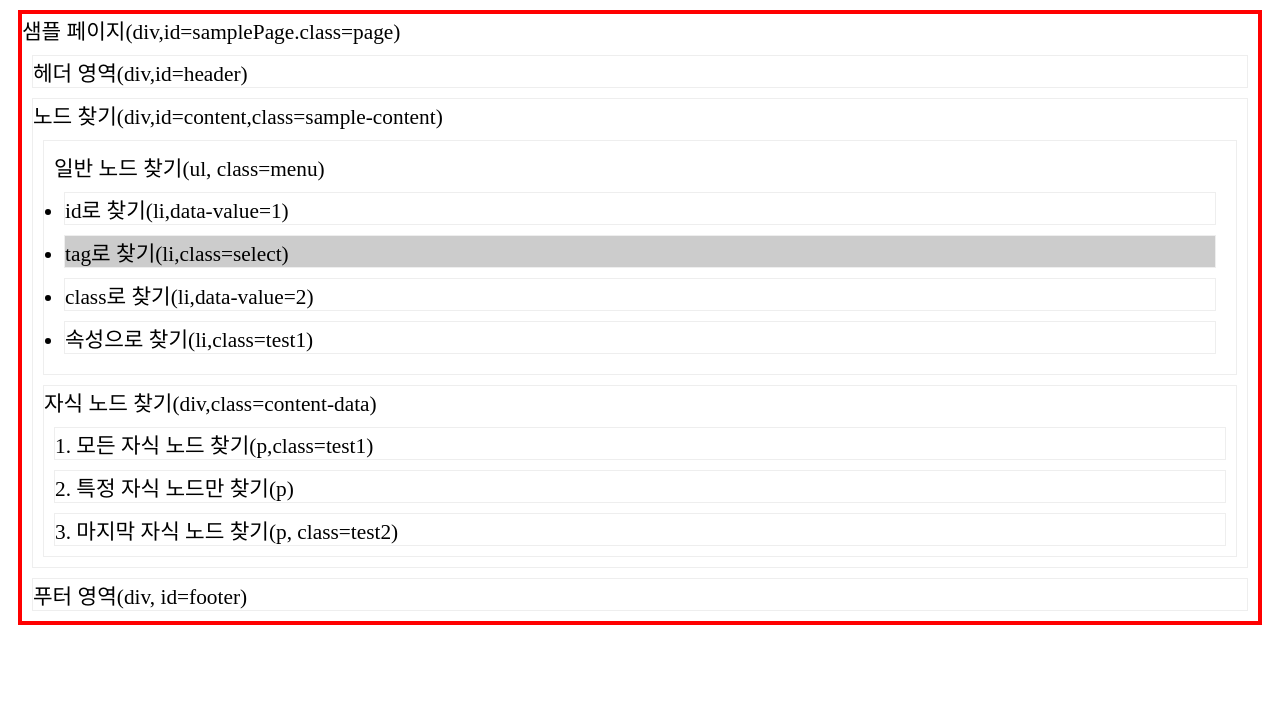
Repository: swc0516s/EZEN-JS
Page: JavaScript Workspace Lecture/JavaScript_jQuery_03/WebContent/Chapter03/3_08.html
An editor plug-in stored every save of this project. The page is shown before and after the next save, followed by the edit.
The browser window is 1280 px wide. The pictures show the whole page.

Above is the page before, as saved 2022-03-18 01:42:50.

### JavaScript Workspace Lecture/JavaScript_jQuery_03/WebContent/Chapter03/3_08.html
<!DOCTYPE html>
<html>
<head>
<meta charset="UTF-8">
<title>Insert title here</title>
<style type="text/css">
body {
	font-size: 16pt;
	font-family: "굴림";
}

div, p, ul, li {
	border: 1px #eeeeee solid;
	margin: 10px;
}

ul {
	padding: 10px;
}

li.select {
	background-color: #ccc;
}
</style>
<script type="text/javascript" src="../libs/jquery-3.6.0.min.js"></script>
<script type="text/javascript">
	// ul.menu의 노드의 조상 노드 중 page클래스가 적용된 노드를 찾아 border 속성을 "border", "4px solid #f00"
	$(document).ready(function() {
		var menu = $("ul.menu");
		menu.parents(".page").css("border", "4px solid #f00");
	});
</script>
</head>
<body>
	<div id="samplePage" class="page">
		샘플 페이지(div,id=samplePage.class=page)
		<div id="header">헤더 영역(div,id=header)</div>
		<div id="content" class="sample-content">
			노드 찾기(div,id=content,class=sample-content)
			<ul class="menu">
				일반 노드 찾기(ul, class=menu)
				<li data-value="1">id로 찾기(li,data-value=1)</li>
				<li class="select">tag로 찾기(li,class=select)</li>
				<li data-value="2">class로 찾기(li,data-value=2)</li>
				<li class="test1">속성으로 찾기(li,class=test1)</li>
			</ul>

			<div class="content-data">
				자식 노드 찾기(div,class=content-data)
				<p class="test1">1. 모든 자식 노드 찾기(p,class=test1)</p>
				<p>2. 특정 자식 노드만 찾기(p)</p>
				<p class="test2">3. 마지막 자식 노드 찾기(p, class=test2)</p>
			</div>
		</div>
		<div id="footer">푸터 영역(div, id=footer)</div>
	</div>
</body>
</html>

Loaded but not shown: JavaScript Workspace Lecture/JavaScript_jQuery_03/WebContent/libs/jquery-3.6.0.min.js (library)

After the next save:
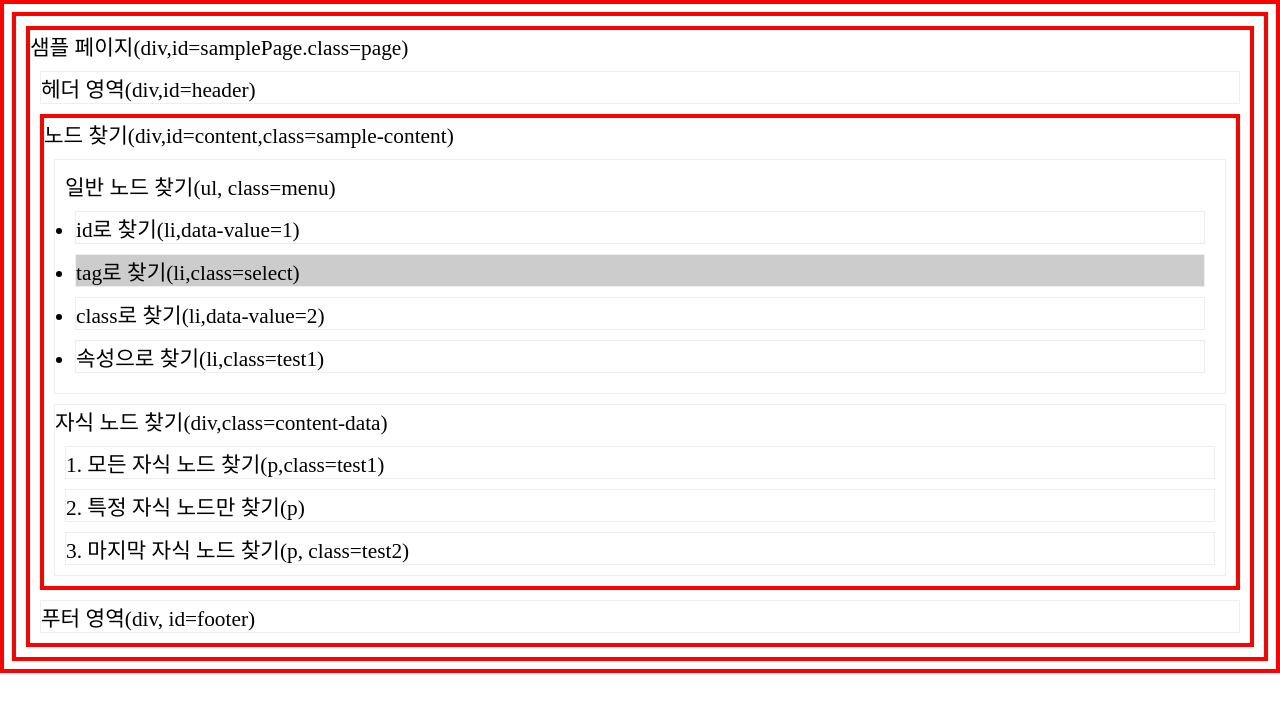
Saved 2 min 42 s later.
--- a/JavaScript Workspace Lecture/JavaScript_jQuery_03/WebContent/Chapter03/3_08.html
+++ b/JavaScript Workspace Lecture/JavaScript_jQuery_03/WebContent/Chapter03/3_08.html
@@ -27,7 +27,7 @@ li.select {
 	// ul.menu의 노드의 조상 노드 중 page클래스가 적용된 노드를 찾아 border 속성을 "border", "4px solid #f00"
 	$(document).ready(function() {
 		var menu = $("ul.menu");
-		menu.parents(".page").css("border", "4px solid #f00");
+		menu.parents().css("border", "4px solid #f00");
 	});
 </script>
 </head>
